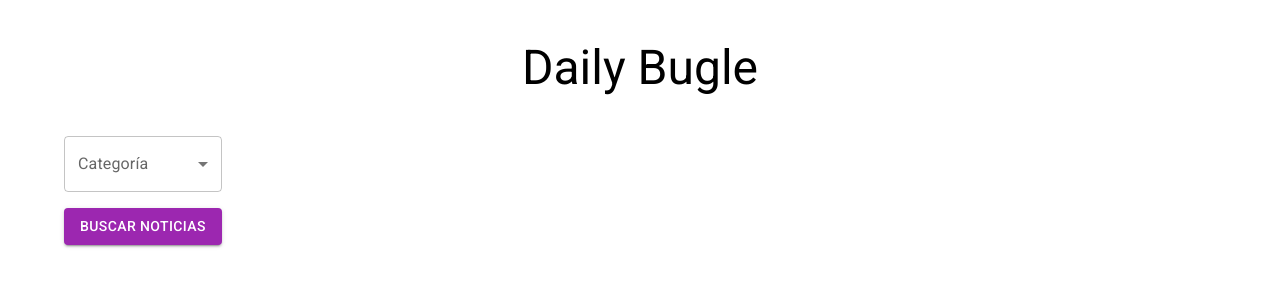
Repository: CarlosCamposRodriguez99/noticiasApp
Page: /
The author's editor kept a copy of each file at every save. The page is drawn from the files as they stood at one save, then again after the next save.
The browser window is 1280 px wide. The pictures show the whole page.
Some web fonts or font styles are not loaded; a fallback is used. The project was rebuilt for these pictures with package versions that can differ from the ones it lists, and the page was loaded fresh each time. Also part of the build but not shown: vite.config.js.

Above is the page before, as saved 2022-06-07 19:41:37.

After the next save:
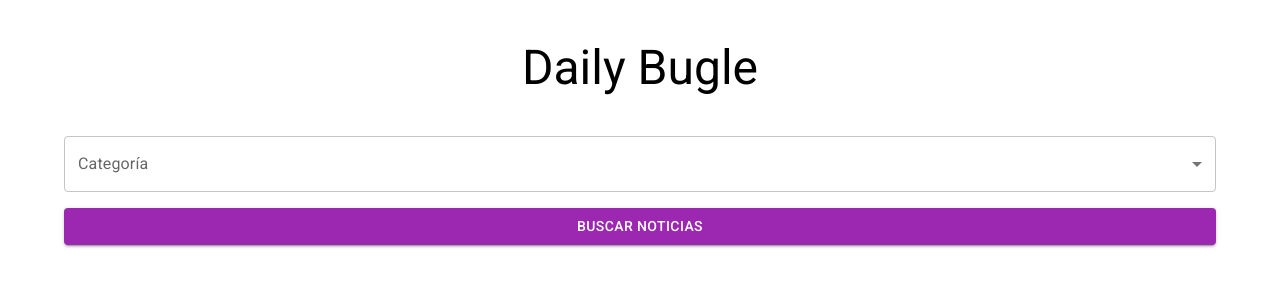
Saved 69 s later.
--- a/src/components/Formulario.jsx
+++ b/src/components/Formulario.jsx
@@ -13,7 +13,7 @@
 const Formulario = () => {
   return (
     <form>
-      <FormControl>
+      <FormControl fullWidth>
         <InputLabel>Categoría</InputLabel>
         <Select
           label="categoria"
